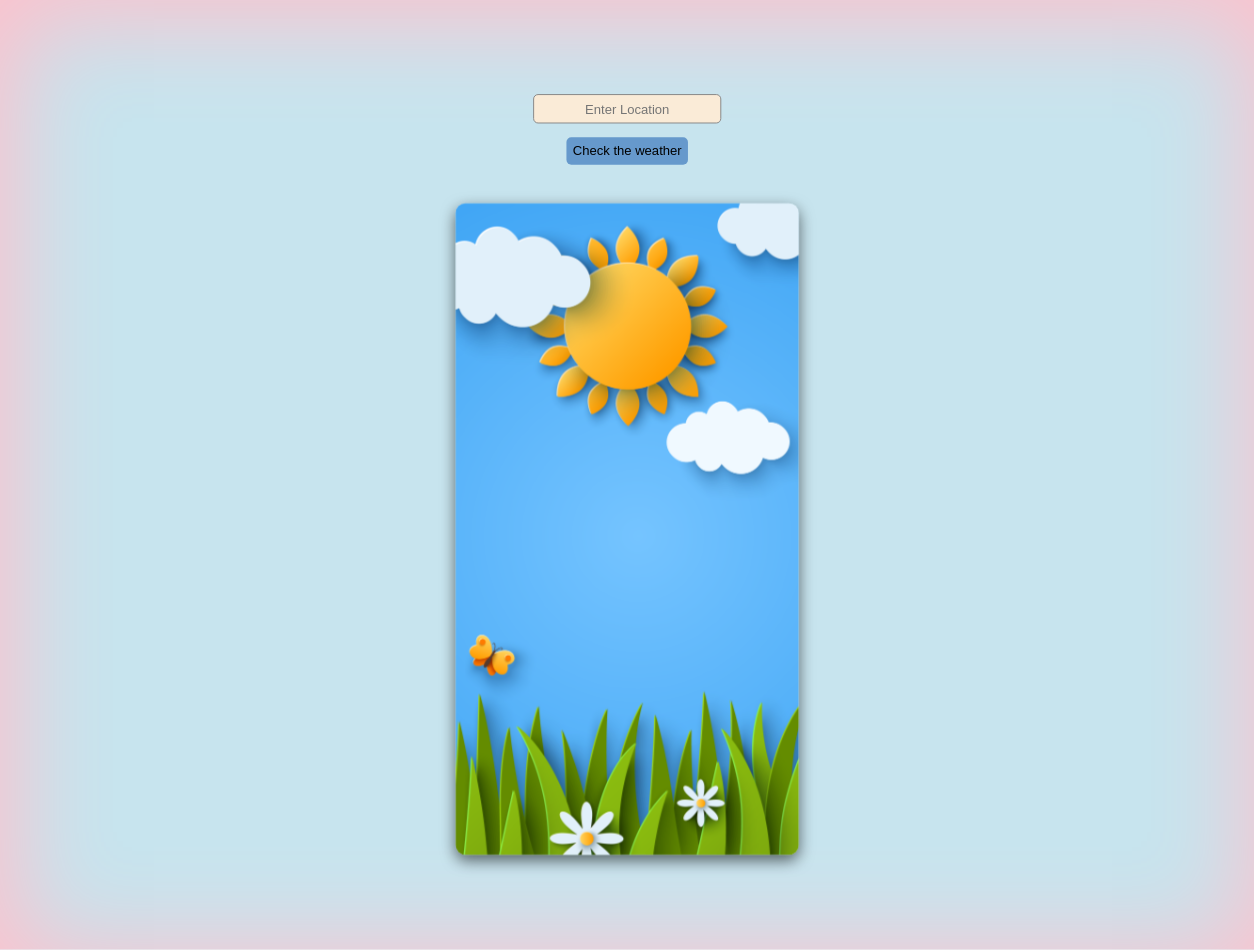
Repository: CanSanchez/weatherapp
Page: /
An editor plug-in stored every save of this project. The page is shown before and after a run of saves, followed by the edit.
The browser window is 1280 px wide. The pictures show the whole page, at 98% of full size.
The project was rebuilt for these pictures with package versions that can differ from the ones it lists, and the page was loaded fresh each time. The framework's server and built-in components were replaced by stand-ins that run in the browser. Also part of the build but not shown: next.config.js.

Above is the page before, as saved 2023-01-18 12:36:24.

After the next 2 saves:
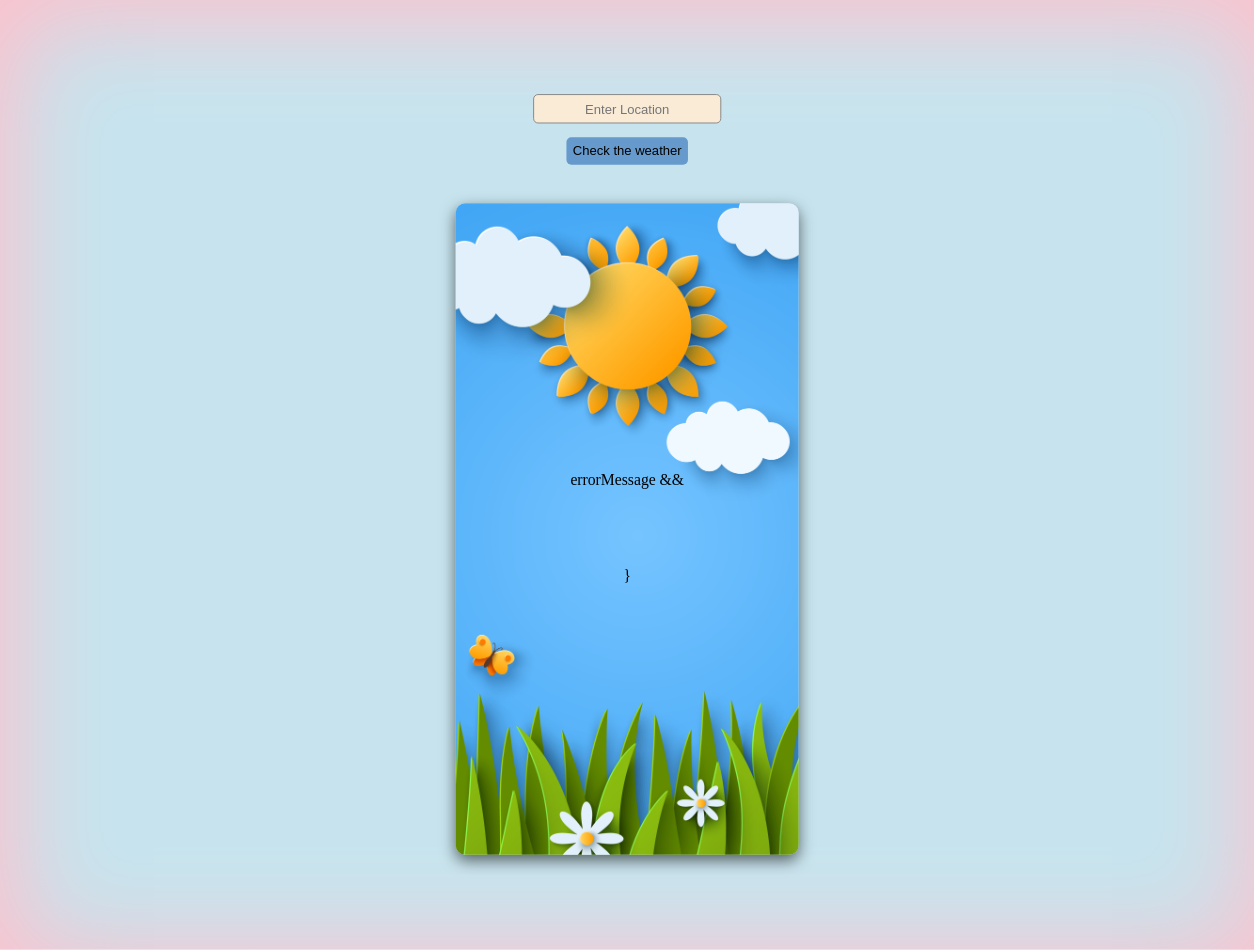
The 2 saves are shown as one change because 1 did not build or start.
The last was saved 109 s later.
--- a/pages/index.js
+++ b/pages/index.js
@@ -97,11 +97,11 @@
 
       <div className={styles.wrapper}
       style={{backgroundImage: `url(${background})`}}>
-      { isLoading &&
+      {/* {  &&
         <div className={styles.weathercontent}>
         <p><Lottie animationData={loading} loop={true} /></p>
       </div>}
-      {
+      { */}
         errorMessage &&
       <div className={styles.weathercontent}>
         <p>{errorMessage}</p>

After the save that followed:
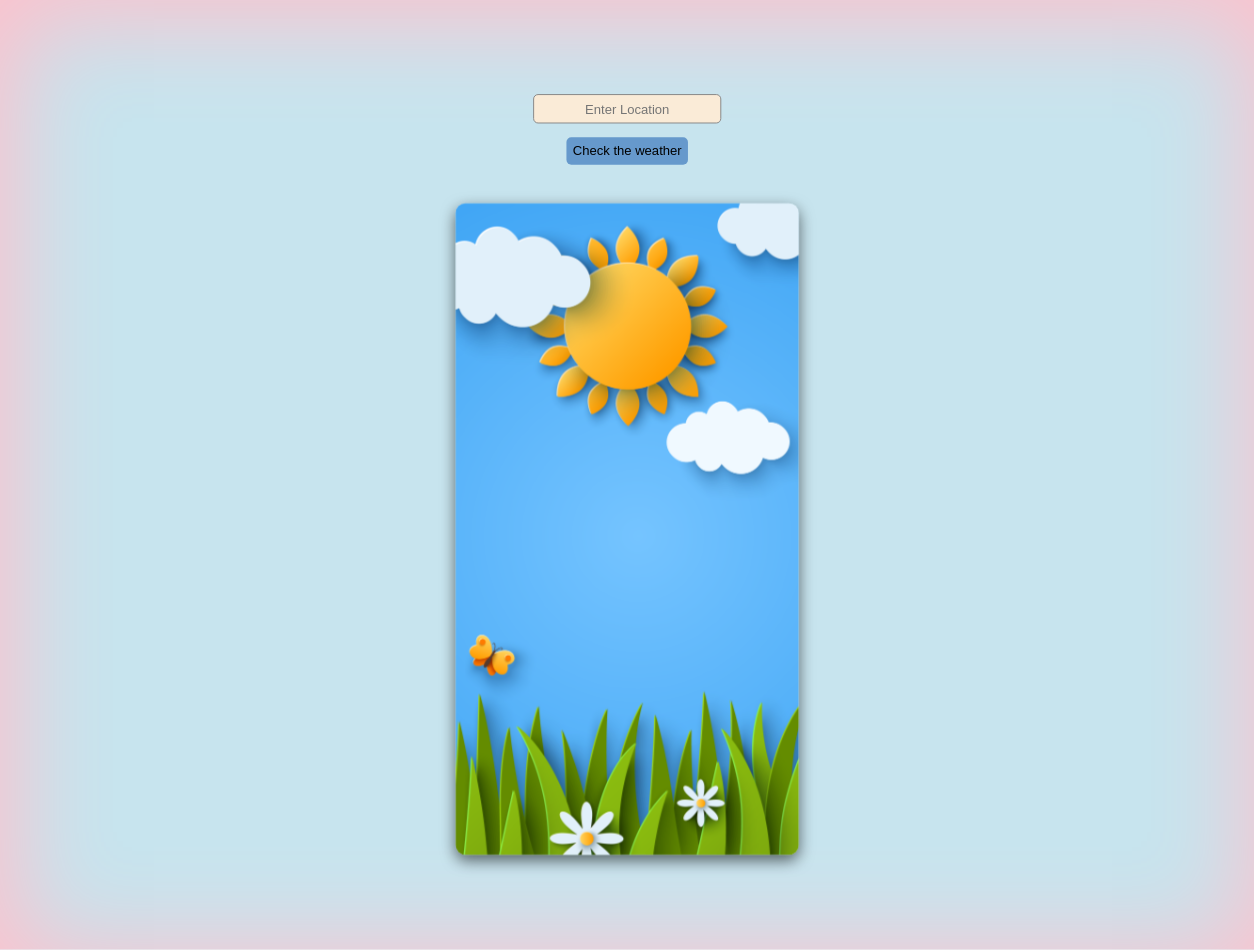
Saved 14 s later.
--- a/pages/index.js
+++ b/pages/index.js
@@ -100,8 +100,8 @@
       {/* {  &&
         <div className={styles.weathercontent}>
         <p><Lottie animationData={loading} loop={true} /></p>
-      </div>}
-      { */}
+      </div>} */}
+      {
         errorMessage &&
       <div className={styles.weathercontent}>
         <p>{errorMessage}</p>
